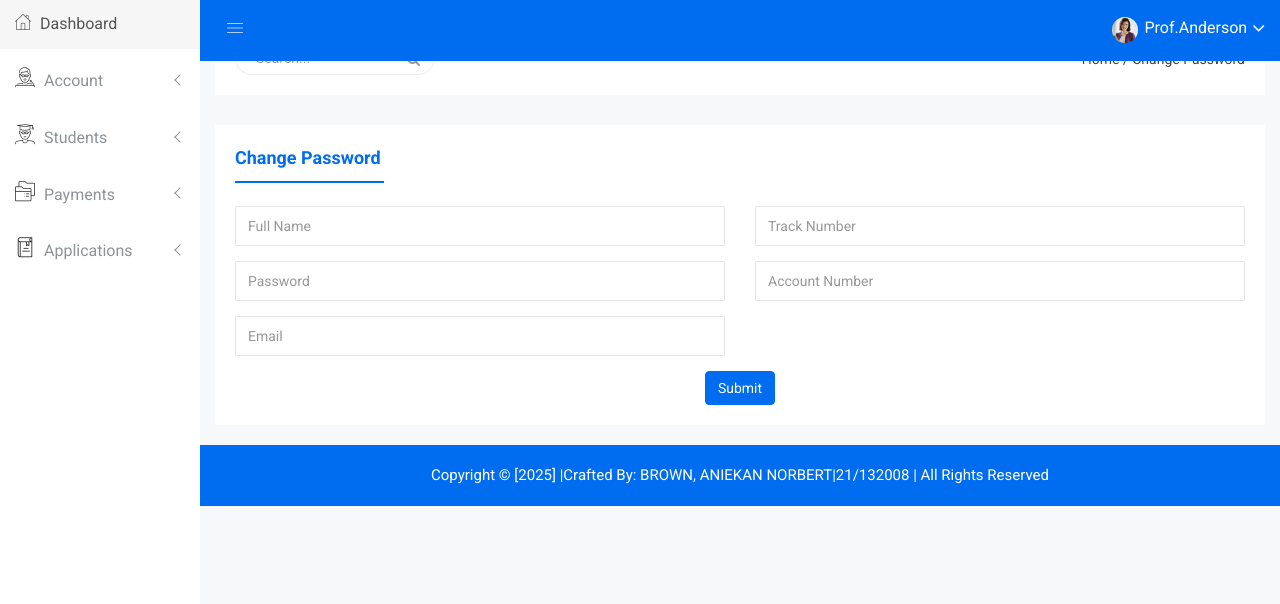
Repository: walterjnr1/crowdfunding-system
Page: http://localhost/Admin/change_password.php
An editor plug-in stored every save of this project. The page is shown before and after the next save, followed by the edit.
The browser window is 1280 px wide. The pictures show the whole page.
The page is run by PHP 8.4 with error messages shown; the project is at /var/www/html/. Other server files are loaded and not shown.

Above is the page before, as saved 2025-02-20 12:22:32.
Console error (its wording comes from the project's code and is left out).

### Admin/change_password.php
<!doctype html>
<html class="no-js" lang="en">

<head>
<title>Change PAssword  | Kiaalap - Kiaalap Admin Template</title>

    <?php include 'head.php'; ?>
</head>

<body>
    <!--[if lt IE 8]>
  <p class="browserupgrade">You are using an <strong>outdated</strong> browser. Please <a href="http://browsehappy.com/">upgrade your browser</a> to improve your experience.</p>
 <![endif]-->
    <!-- Start Left menu area -->
    <div class="left-sidebar-pro">
        <nav id="sidebar" class="">
            <div class="sidebar-header">
                <a href="index.php"></a>
                <strong><a href="index.php"></a></strong>            </div>
            <div class="left-custom-menu-adp-wrap comment-scrollbar">

                <?php include 'sidebar_main.php'; ?>

            </div>
        </nav>
    </div>
    <!-- End Left menu area -->
    <!-- Start Welcome area -->
    <div class="all-content-wrapper">
        <div class="container-fluid">
            <div class="row">
                <div class="col-lg-12 col-md-12 col-sm-12 col-xs-12">
                    <div class="logo-pro">
                        <a href="index.php"></a>
                        </div>
                </div>
            </div>
        </div>
        <div class="header-advance-area">
            <div class="header-top-area">
                <div class="container-fluid">
                    <div class="row">
                        <div class="col-lg-12 col-md-12 col-sm-12 col-xs-12">
                            <div class="header-top-wraper">
                                <?php include 'header.php'; ?>
                            </div>
                        </div>
                    </div>
                </div>
            </div>
            <!-- Mobile Menu start -->
            <div class="mobile-menu-area">
                <div class="container">
                    <div class="row">
                        <div class="col-lg-12 col-md-12 col-sm-12 col-xs-12">
                            <div class="mobile-menu">
                                <?php include 'sidebar_mobile.php'; ?>
                            </div>
                        </div>
                    </div>
                </div>
            </div>
            <!-- Mobile Menu end -->
            <div class="breadcome-area">
                <div class="container-fluid">
                    <div class="row">
                        <div class="col-lg-12 col-md-12 col-sm-12 col-xs-12">
                            <div class="breadcome-list single-page-breadcome">
                                <div class="row">
                                    <div class="col-lg-6 col-md-6 col-sm-6 col-xs-12">
                                        <div class="breadcome-heading">
                                            <form role="search" class="sr-input-func">
                                                <input type="text" placeholder="Search..."
                                                    class="search-int form-control">
                                                <a href="#"><i class="fa fa-search"></i></a>
                                            </form>
                                        </div>
                                    </div>
                                    <div class="col-lg-6 col-md-6 col-sm-6 col-xs-12">
                                        <ul class="breadcome-menu">
                                            <li><a href="#">Home</a> <span class="bread-slash">/</span>
                                            </li>
                                            <li><span class="bread-blod">Change Password</span>
                                            </li>
                                        </ul>
                                    </div>
                                </div>
                            </div>
                        </div>
                    </div>
                </div>
            </div>
        </div>
        <!-- Single pro tab review Start-->
        <div class="single-pro-review-area mt-t-30 mg-b-15">
            <div class="container-fluid">
                <div class="row">
                    <div class="col-lg-12 col-md-12 col-sm-12 col-xs-12">
                        <div class="product-payment-inner-st">
                            <ul id="myTabedu1" class="tab-review-design">
                                <li class="active"><a href="#description">Change Password</a></li>

                            </ul>
                            <div id="myTabContent" class="tab-content custom-product-edit">
                                <div class="product-tab-list tab-pane fade active in" id="description">
                                    <div class="row">
                                        <div class="col-lg-12 col-md-12 col-sm-12 col-xs-12">
                                            <div class="review-content-section">
                                                <div id="dropzone1" class="pro-ad">
                                                <form  action="" id="demo1-upload" method="POST">

                                                        <div class="row">
                                                            <div class="col-lg-6 col-md-6 col-sm-6 col-xs-12">
                                                                <div class="form-group">
                                                                    <input name="txtname" type="text"
                                                                        class="form-control" placeholder="Full Name">
                                                                </div>
                                                                <div class="form-group">
                                                                    <input name="txtpassword" type="password"
                                                                        class="form-control" placeholder="Password">
                                                                </div>
                                                                <div class="form-group">
                                                                    <input name="txtemail" type="email"
                                                                        class="form-control" placeholder="Email">
                                                                </div>


                                                            </div>
                                                            <div class="col-lg-6 col-md-6 col-sm-6 col-xs-12">
                                                                <div class="form-group">
                                                                    <input name="txttracknumber" type="text"
                                                                        class="form-control"
                                                                        placeholder="Track Number">
                                                                </div>


                                                                <div class="form-group">
                                                                    <input name="txtaccountnumber" type="number"
                                                                        class="form-control"
                                                                        placeholder="Account Number">
                                                                </div>
                                                            </div>
                                                        </div>
                                                        <div class="row">
                                                            <div class="col-lg-12">
                                                                <div class="payment-adress">
                                                                    <button type="submit"
                                                                        class="btn btn-primary waves-effect waves-light" name="btnsubmit">Submit</button>
                                                                </div>
                                                            </div>
                                                        </div>
                                                    </form>
                                                </div>
                                            </div>
                                        </div>
                                    </div>
                                </div>

                            </div>
                        </div>
                    </div>
                </div>
            </div>
        </div>
        <?php include('../inc/footer_admin.php'); ?>

    </div>

<?php include('bottom_script.php'); ?>
</body>

</html>

### Admin/sidebar_main.php
<nav class="sidebar-nav left-sidebar-menu-pro">
                    <ul class="metismenu" id="menu1">
                    <li class="active">
                            <a title="Home Page" href="#" aria-expanded="false"><span class="educate-icon educate-home icon-wrap sub-icon-mg" aria-hidden="true"></span> <span class="mini-click-non">Dashboard</span></a>
                         </li>

                        <li>
                            <a class="has-arrow" href="#" aria-expanded="false"><span class="educate-icon educate-professor icon-wrap"></span> <span class="mini-click-non">Account</span></a>
                            <ul class="submenu-angle" aria-expanded="false">
                                <li><a title="Add User" href="add_user.php"><span class="mini-sub-pro">Add User</span></a></li>
                                <li><a title="User Record" href="user_record.php"><span class="mini-sub-pro">All User</span></a></li>
                            </ul>
                        </li>
                        <li>
                            <a class="has-arrow" href="#" aria-expanded="false"><span class="educate-icon educate-student icon-wrap"></span> <span class="mini-click-non">Students</span></a>
                            <ul class="submenu-angle" aria-expanded="false">
                                <li><a title="Add Students" href="add_student.php"><span class="mini-sub-pro">Add Student</span></a></li>
                                <li><a title="Edit Students" href="edit_student.php"><span class="mini-sub-pro">Edit Student</span></a></li>
                                <li><a title="Students Record" href="student_record.php"><span class="mini-sub-pro">All Student</span></a></li>
                            </ul>
                        </li>
                        <li>
                            <a class="has-arrow" href="#" aria-expanded="false"><span class="educate-icon educate-course icon-wrap"></span> <span class="mini-click-non">Payments</span></a>
                            <ul class="submenu-angle" aria-expanded="false">
                                <li><a title="All Payment" href="payment_record.php"><span class="mini-sub-pro">All Payment</span></a></li>
                            </ul>
                        </li>
                        <li>
                            <a class="has-arrow" href="#" aria-expanded="false"><span class="educate-icon educate-library icon-wrap"></span> <span class="mini-click-non">Applications</span></a>
                            <ul class="submenu-angle" aria-expanded="false">
                                <li><a title="All Application" href="application_record.php"><span class="mini-sub-pro">All Application</span></a></li>

                            </ul>
                        </li>


                    </ul>
                </nav>

### Admin/header.php
<div class="row">
                                    <div class="col-lg-1 col-md-0 col-sm-1 col-xs-12">
                                        <div class="menu-switcher-pro">
                                            <button type="button" id="sidebarCollapse" class="btn bar-button-pro header-drl-controller-btn btn-info navbar-btn">
													<i class="educate-icon educate-nav"></i>
												</button>
                                        </div>
                                    </div>
                                    <div class="col-lg-6 col-md-7 col-sm-6 col-xs-12">
                                        <div class="header-top-menu tabl-d-n">

                                        </div>
                                    </div>
                                    <div class="col-lg-5 col-md-5 col-sm-12 col-xs-12">
                                        <div class="header-right-info">
                                            <ul class="nav navbar-nav mai-top-nav header-right-menu">


                                                <li class="nav-item">
                                                    <a href="#" data-toggle="dropdown" role="button" aria-expanded="false" class="nav-link dropdown-toggle">
															<img src="img/product/pro4.jpg" alt="" />
															<span class="admin-name">Prof.Anderson</span>
															<i class="fa fa-angle-down edu-icon edu-down-arrow"></i>
														</a>
                                                    <ul role="menu" class="dropdown-header-top author-log dropdown-menu animated zoomIn">

                                                        <li><a href="user_profile.php"><span class="edu-icon edu-user-rounded author-log-ic"></span>My Profile</a>
                                                        </li>
                                                        <li><a href="#"><span class="edu-icon edu-money author-log-ic"></span>Change Password</a>
                                                        </li>
                                                        </li>
                                                        <li><a href="#"><span class="edu-icon edu-locked author-log-ic"></span>Log Out</a>
                                                        </li>
                                                    </ul>
                                                </li>


                                                </li>
                                            </ul>
                                        </div>
                                    </div>
                                </div>

### inc/footer_Admin.php
<div class="footer-copyright-area">
            <div class="container-fluid">
                <div class="row">
                    <div class="col-lg-12">
                        <div class="footer-copy-right">
                            <p>Copyright &copy; [<?php echo date("Y")?>] |Crafted By: BROWN, ANIEKAN NORBERT|21/132008 | All Rights Reserved</p>
                        </div>
                    </div>
                </div>
            </div>
        </div>

### Admin/bottom_script.php
 <!-- jquery
		============================================ -->
        <script src="js/vendor/jquery-1.12.4.min.js"></script>
    <!-- bootstrap JS
		============================================ -->
    <script src="js/bootstrap.min.js"></script>
    <!-- wow JS
		============================================ -->
    <script src="js/wow.min.js"></script>
    <!-- price-slider JS
		============================================ -->
    <script src="js/jquery-price-slider.js"></script>
    <!-- meanmenu JS
		============================================ -->
    <script src="js/jquery.meanmenu.js"></script>
    <!-- owl.carousel JS
		============================================ -->
    <script src="js/owl.carousel.min.js"></script>
    <!-- sticky JS
		============================================ -->
    <script src="js/jquery.sticky.js"></script>
    <!-- scrollUp JS
		============================================ -->
    <script src="js/jquery.scrollUp.min.js"></script>
    <!-- counterup JS
		============================================ -->
    <script src="js/counterup/jquery.counterup.min.js"></script>
    <script src="js/counterup/waypoints.min.js"></script>
    <script src="js/counterup/counterup-active.js"></script>
    <!-- mCustomScrollbar JS
		============================================ -->
    <script src="js/scrollbar/jquery.mCustomScrollbar.concat.min.js"></script>
    <script src="js/scrollbar/mCustomScrollbar-active.js"></script>
    <!-- metisMenu JS
		============================================ -->
    <script src="js/metisMenu/metisMenu.min.js"></script>
    <script src="js/metisMenu/metisMenu-active.js"></script>
    <!-- morrisjs JS
		============================================ -->
    <script src="js/morrisjs/raphael-min.js"></script>
    <script src="js/morrisjs/morris.js"></script>
    <script src="js/morrisjs/morris-active.js"></script>
    <!-- morrisjs JS
		============================================ -->
    <script src="js/sparkline/jquery.sparkline.min.js"></script>
    <script src="js/sparkline/jquery.charts-sparkline.js"></script>
    <script src="js/sparkline/sparkline-active.js"></script>

    <!-- plugins JS
		============================================ -->
    <script src="js/plugins.js"></script>
    <!-- main JS
		============================================ -->
    <script src="js/main.js"></script>
    <!-- data table JS
		============================================ -->
    <script src="js/data-table/bootstrap-table.js"></script>
    <script src="js/data-table/tableExport.js"></script>
    <script src="js/data-table/data-table-active.js"></script>
    <script src="js/data-table/bootstrap-table-editable.js"></script>
    <script src="js/data-table/bootstrap-editable.js"></script>
    <script src="js/data-table/bootstrap-table-resizable.js"></script>
    <script src="js/data-table/colResizable-1.5.source.js"></script>
    <script src="js/data-table/bootstrap-table-export.js"></script>

### Admin/css/educate-custon-icon.css
@font-face {
  font-family: 'educate-icon';
  src:
    url('fonts/educate-icon.ttf?kufm5h') format('truetype'),
    url('fonts/educate-icon.woff?kufm5h') format('woff'),
    url('fonts/educate-icon.svg?kufm5h#educate-icon') format('svg');
  font-weight: normal;
  font-style: normal;
}

.educate-icon {
  /* use !important to prevent issues with browser extensions that change fonts */
  font-family: 'educate-icon' !important;
  speak: none;
  font-style: normal;
  font-weight: normal;
  font-variant: normal;
  text-transform: none;
  line-height: 1;

  /* Better Font Rendering =========== */
  -webkit-font-smoothing: antialiased;
  -moz-osx-font-smoothing: grayscale;
}

.educate-danger:before {
  content: "\e91b";
}
.educate-info:before {
  content: "\e91c";
}
.educate-warning:before {
  content: "\e91d";
}
.educate-star:before {
  content: "\e919";
}
.educate-star-half:before {
  content: "\e91a";
}
.educate-apps:before {
  content: "\e900";
}
.educate-bell:before {
  content: "\e901";
}
.educate-charts:before {
  content: "\e902";
}
.educate-checked:before {
  content: "\e903";
}
.educate-cloud:before {
  content: "\e904";
}
.educate-comment:before {
  content: "\e905";
}
.educate-course:before {
  content: "\e906";
}
.educate-data-table:before {
  content: "\e907";
}
.educate-department:before {
  content: "\e908";
}
.educate-event:before {
  content: "\e909";
}
.educate-form:before {
  content: "\e90a";
}
.educate-home:before {
  content: "\e90b";
}
.educate-interface:before {
  content: "\e90c";
}
.educate-landing:before {
  content: "\e90d";
}
.educate-library:before {
  content: "\e90e";
}
.educate-menu:before {
  content: "\e90f";
}
.educate-message:before {
  content: "\e910";
}
.educate-miscellanous:before {
  content: "\e911";
}
.educate-nav:before {
  content: "\e912";
}
.educate-pages:before {
  content: "\e913";
}
.educate-professor:before {
  content: "\e914";
}
.educate-project:before {
  content: "\e915";
}
.educate-search:before {
  content: "\e916";
}
.educate-settings:before {
  content: "\e917";
}
.educate-student:before {
  content: "\e918";
}
.educate-price-tag:before {
  content: "\e935";
}
.educate-price-tags:before {
  content: "\e936";
}

### Admin/css/metisMenu/metisMenu-vertical.css
.sidebar-nav {
    background: #fff;
}
.sidebar-nav ul {
    padding: 0;
    margin: 0;
    list-style: none;
    background: #f5f5f5;
}
.sidebar-nav .metismenu {
    background: #fff;
    display: -webkit-box;
    display: -ms-flexbox;
    display: flex;
    -webkit-box-orient: vertical;
    -webkit-box-direction: normal;
    -ms-flex-direction: column;
    flex-direction: column;
}
.sidebar-nav .metismenu li + li {
  margin-top: 5px;
}
.sidebar-nav .metismenu li:last-child {
  margin-bottom: 5px;
}
.sidebar-nav .metismenu > li {
/*    -webkit-box-flex: 1;
    -ms-flex: 1 1 0%;
    flex: 1 1 0%;*/
    display: -webkit-box;
    display: -ms-flexbox;
    display: flex;
    -webkit-box-orient: vertical;
    -webkit-box-direction: normal;
    -ms-flex-direction: column;
    flex-direction: column;
    position: relative;
}
.sidebar-nav .metismenu a {
    position: relative;
    display: block;
    padding: 13px 15px;
    color: #444;
    outline-width: 0;
    transition: all .3s ease-out;
	font-size:16px;
	font-weight:400;
}

.sidebar-nav .metismenu ul a {
    padding: 10px 15px 10px 40px;
}

.sidebar-nav .metismenu ul ul a {
    padding: 10px 15px 10px 45px;
}
.sidebar-nav .metismenu a:hover,
.sidebar-nav .metismenu a:focus,
.sidebar-nav .metismenu a:active {
    color: #555;
    text-decoration: none;
    background: #e12503;
}
.sidebar-nav .metismenu li .icon-wrap{
	margin-right:5px;
	font-size:20px;
	color:#303030;
}
.sidebar-nav .metismenu li .sub-icon-mg{
	margin-right:5px;
	font-size:16px;
}
#sidebar.active .metismenu li .mini-click-non{
	display:none;
}
#sidebar.active .metismenu li .has-arrow:after{
	display:none;
}
#sidebar.active .metismenu li .submenu-angle li a {
    padding: 10px 20px 10px 20px;
}

Loaded but not shown: Admin/css/bootstrap.min.css (library); Admin/css/font-awesome.min.css (library); Admin/css/owl.carousel.css (common file); Admin/css/owl.theme.css (common file); Admin/css/owl.transitions.css (library); Admin/css/animate.css (library); Admin/css/normalize.css (library); Admin/css/meanmenu.min.css (common file); Admin/css/morrisjs/morris.css (common file); Admin/css/scrollbar/jquery.mCustomScrollbar.min.css (library); Admin/css/metisMenu/metisMenu.min.css (common file); Admin/css/calendar/fullcalendar.min.css (library); Admin/css/calendar/fullcalendar.print.min.css (common file); Admin/css/editor/select2.css (common file); Admin/css/editor/bootstrap-editable.css (library); Admin/css/data-table/bootstrap-table.css (library); Admin/css/data-table/bootstrap-editable.css (library); Admin/js/bootstrap.min.js (library); Admin/js/wow.min.js (library); Admin/js/jquery-price-slider.js (library); Admin/js/jquery.meanmenu.js (library); Admin/js/owl.carousel.min.js (library); Admin/js/jquery.sticky.js (library); Admin/js/jquery.scrollUp.min.js (common file); Admin/js/counterup/jquery.counterup.min.js (common file); Admin/js/counterup/waypoints.min.js (library); Admin/js/counterup/counterup-active.js (common file); Admin/js/scrollbar/jquery.mCustomScrollbar.concat.min.js (library); Admin/js/metisMenu/metisMenu.min.js (library); Admin/js/metisMenu/metisMenu-active.js (common file); Admin/js/morrisjs/raphael-min.js (library); Admin/js/sparkline/jquery.sparkline.min.js (library); Admin/js/sparkline/jquery.charts-sparkline.js (library); Admin/js/data-table/bootstrap-table.js (library); Admin/js/data-table/data-table-active.js (common file); Admin/js/data-table/bootstrap-table-editable.js (library); Admin/js/data-table/bootstrap-editable.js (library); Admin/js/data-table/bootstrap-table-resizable.js (common file); Admin/js/data-table/bootstrap-table-export.js (library); Admin/js/data-table/tableExport.js (2097 lines, source omitted); Admin/js/morrisjs/morris.js (1892 lines, source omitted); Admin/js/data-table/colResizable-1.5.source.js (366 lines, source omitted); Admin/js/sparkline/sparkline-active.js (146 lines, source omitted); Admin/js/main.js (100 lines, source omitted); Admin/js/morrisjs/morris-active.js (109 lines, source omitted); Admin/js/scrollbar/mCustomScrollbar-active.js (58 lines, source omitted); Admin/js/plugins.js (24 lines, source omitted); Admin/style.css (4721 lines, source omitted); Admin/css/responsive.css (755 lines, source omitted); Admin/sidebar_mobile.php (174 lines, source omitted); Admin/css/editor/datetimepicker.css (366 lines, source omitted); Admin/css/main.css (280 lines, source omitted); Admin/css/editor/x-editor-style.css (106 lines, source omitted); Admin/head.php (61 lines, source omitted)

After the next save:
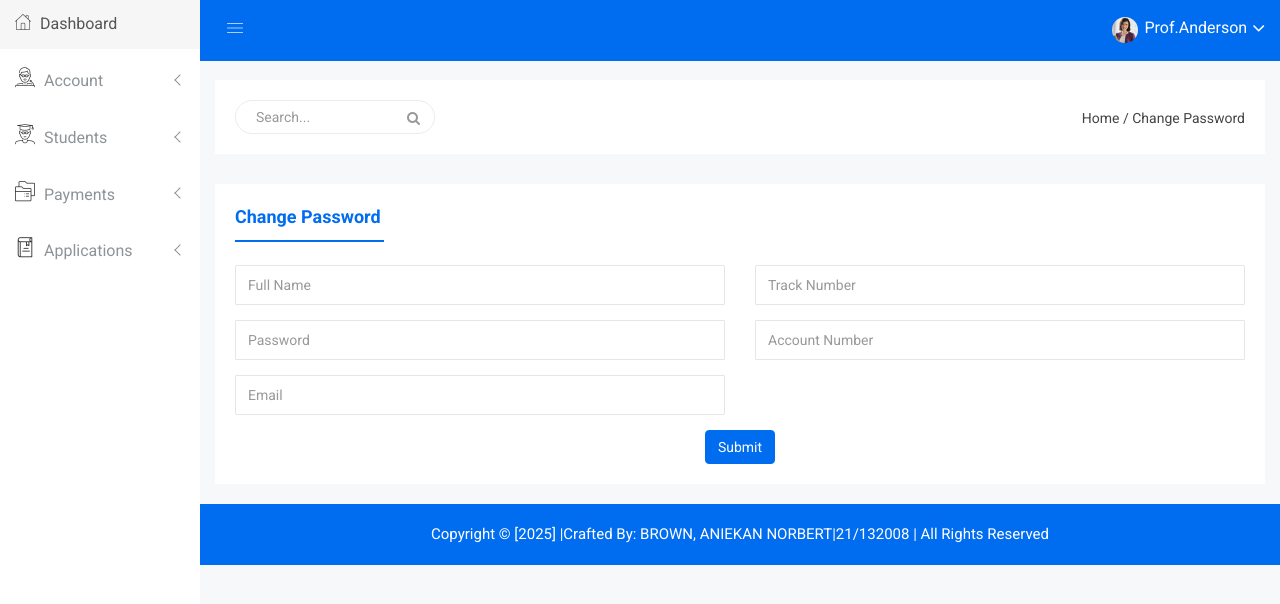
Saved 2 min 21 s later.
--- a/Admin/change_password.php
+++ b/Admin/change_password.php
@@ -27,12 +27,12 @@
     <!-- End Left menu area -->
     <!-- Start Welcome area -->
     <div class="all-content-wrapper">
-        <div class="container-fluid">
+    <div class="container-fluid">
             <div class="row">
                 <div class="col-lg-12 col-md-12 col-sm-12 col-xs-12">
                     <div class="logo-pro">
-                        <a href="index.php"></a>
-                        </div>
+                        <a href="index.php"><img class="main-logo" src="img/logo/logo.png" alt="" /></a>
+                    </div>
                 </div>
             </div>
         </div>
